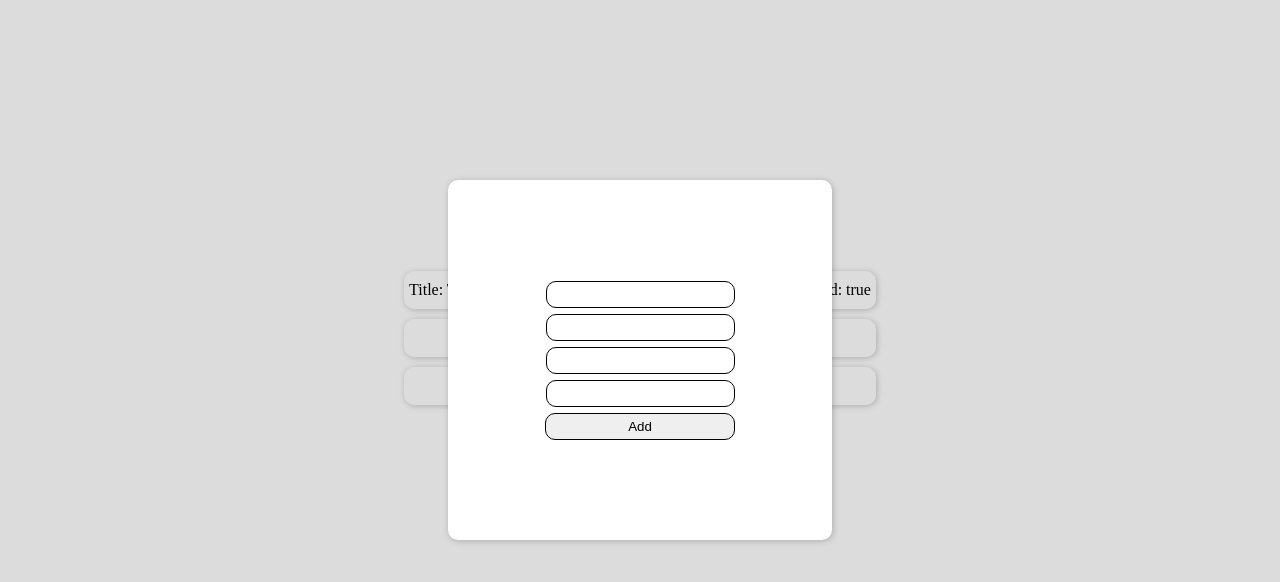
Repository: kocokoy/library
Page: index.html
These files come from the project's save history. The page is drawn as it stood at one moment and after the next save; the edit follows.
The browser window is 1280 px wide. The pictures show the whole page.
After loading, the first visible `button.new-book-button` was clicked once.

Above is the page before, as saved 2024-11-06 09:50:47.

### index.html
<!DOCTYPE html>
<html lang="en">
<head>
  <meta charset="UTF-8">
  <meta name="viewport" content="width=device-width, initial-scale=1.0">
  <link rel="stylesheet" href="style.css">
  <title>Document</title>
</head>
<body>
  <div class="container">
    <div class="display-button-card">
      <div class="book-display jsBookDisplay">
      </div>
      <button class="new-book-button jsNewBookButton">New Book</button>
    </div>
    <div class=" jsAddNewBookCardHolder hide-add-new-book-card-holder">
      <div class="add-new-book-card ">
        <div>
          <input class="jsBookTitle" type="text">
          <input class="jsBookAuthor" type="text">
          <input class="jsBookPages" type="text">
          <input class="jsBookRead" type="text">
          <button class="jsAddBook">Add</button>
        </div>
      </div>
    </div>

  </div>
<script src="script.js"></script>
</body>
</html>

### style.css
body{
  width: 100%;
  height: 100vh;
  padding: 0;
  margin: 0;
}
.container{
  display: flex;
  flex-direction: column;
  justify-content: center;
  align-items: center;
  height: 100%;
  width: 100%;
}
.display-button-card{
  display: flex;
  flex-direction: column;
  justify-content: center;
  align-items: center;
}
.book-display{
  display: flex;
  flex-direction: column;
  justify-content: center;
  align-items: center;
}
.book-card{
  box-shadow: 1px 1px 6px  rgba(0, 0, 0, 0.219);
  padding: 10px 0px;
  border-radius: 10px;
  display: flex;
  flex-direction: row;
  justify-content: center;
  align-items: center;
  margin: 5px;
  width: 100%;
}

.new-book-button{
  padding: 10px;
  margin: 5px;
  border-radius: 10px;
  border: none;
  box-shadow: 1px 1px 6px  rgba(0, 0, 0, 0.219);
  width: 19%;
  cursor: pointer;
}

/* add book card */

.hide-add-new-book-card-holder{
  display: none;
}

.add-new-book-card-holder{
  display: flex;
  flex-direction: column;
  align-items: center;
  justify-content: center;
  height: 100%;
  width: 100%;
  background-color: rgba(0, 0, 0, 0.137);
  position: absolute;

}
.add-new-book-card {
  background-color: white;
  box-shadow: 1px 1px 6px  rgba(0, 0, 0, 0.219);
  height: 50%;
  width: 30%;
  display: flex;
  flex-direction: column;
  align-items: center;
  justify-content: center;
  border-radius: 10px;

}

.add-new-book-card div{
  display: flex;
  flex-direction: column;
  align-items: center;
  justify-content: center;
}

input{
  padding: 5px;
  margin: 3px;
  border-radius: 10px;
  border: 1px solid black;
}

button{
  padding: 5px;
  margin: 3px;
  border-radius: 10px;
  border: 1px solid black;
  width: 97%;
}

### script.js
const bookTitleElement = document.querySelector('.jsBookTitle');
const bookAuthorElement = document.querySelector('.jsBookAuthor');
const bookPagesElement = document.querySelector('.jsBookPages');
const bookReadElement = document.querySelector('.jsBookRead');
const bookButtonElement = document.querySelector('.jsNewBookButton');
const bookDisplayElement = document.querySelector('.jsBookDisplay');
const AddNewBookCardHolderElement = document.querySelector('.jsAddNewBookCardHolder');

const myLibrary = [
  {title: 'To Kill a Mockingbird', author: 'Harper Lee', pages: 281, read: true},
  {title: '1984', author: 'George Orwell', pages: 328, read: false},
];


displayBookToLibrary();

function Book(title,author,pages,read) {
  this.title = title;
  this.author = author;
  this.pages = pages;
  this.read = read;
  this.info = function(){
    const bookObj = {
      title: this.title,
      author: this.author,
      pages: this.pages,
      read: this.read,
    }
    return bookObj;
  };
}

function addBookToLibrary() {
  const bookTitleValue = bookTitleElement.value;
  const bookAuthorValue = bookAuthorElement.value;
  const bookPagesValue = bookPagesElement.value;
  const bookReadValue = bookReadElement.value;
  bookTitleElement.value = '';
  bookAuthorElement.value = '';
  bookPagesElement.value = '';
  bookReadElement.value = '';
  const book = new Book(bookTitleValue,bookAuthorValue,bookPagesValue,bookReadValue);
  myLibrary.push(book.info());
  AddNewBookCardHolderElement.classList.add('add-new-book-card-holder');
}

function displayBookToLibrary(){

  bookDisplayElement.innerHTML = '';

  myLibrary.forEach(book => {
    const div = document.createElement('div');
    div.classList.add('book-card');
    div.innerHTML = `
      <div>Title: ${book.title}, Author: ${book.author}, ${book.pages} pages, Read: ${book.read}</div>
    `
    bookDisplayElement.appendChild(div);
    console.log(book);
  })
}

bookButtonElement.addEventListener('click', () => {
  addBookToLibrary();
  displayBookToLibrary();
})

After the next save:
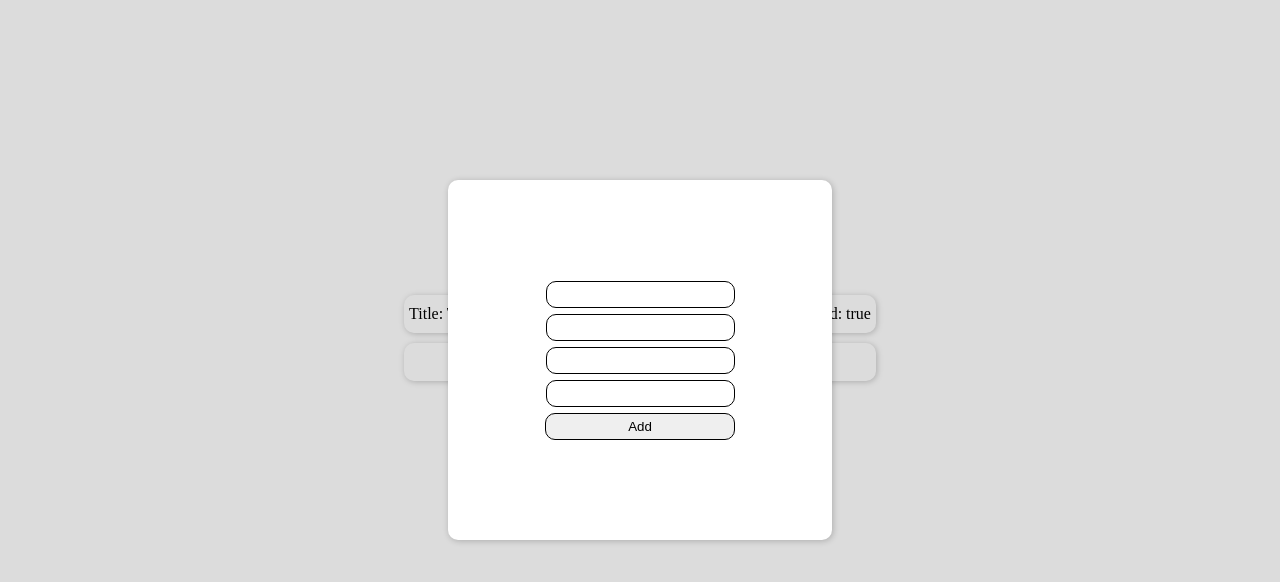
Saved 2 min 56 s later.
--- a/script.js
+++ b/script.js
@@ -4,7 +4,8 @@ const bookPagesElement = document.querySelector('.jsBookPages');
 const bookReadElement = document.querySelector('.jsBookRead');
 const bookButtonElement = document.querySelector('.jsNewBookButton');
 const bookDisplayElement = document.querySelector('.jsBookDisplay');
-const AddNewBookCardHolderElement = document.querySelector('.jsAddNewBookCardHolder');
+const addNewBookCardHolderElement = document.querySelector('.jsAddNewBookCardHolder');
+const addBookElement = document.querySelector('.jsAddBook');
 
 const myLibrary = [
   {title: 'To Kill a Mockingbird', author: 'Harper Lee', pages: 281, read: true},
@@ -41,7 +42,7 @@ function addBookToLibrary() {
   bookReadElement.value = '';
   const book = new Book(bookTitleValue,bookAuthorValue,bookPagesValue,bookReadValue);
   myLibrary.push(book.info());
-  AddNewBookCardHolderElement.classList.add('add-new-book-card-holder');
+
 }
 
 function displayBookToLibrary(){
@@ -60,6 +61,11 @@ function displayBookToLibrary(){
 }
 
 bookButtonElement.addEventListener('click', () => {
+  addNewBookCardHolderElement.classList.add('add-new-book-card-holder');
+})
+
+addBookElement.addEventListener('click', () => {
   addBookToLibrary();
   displayBookToLibrary();
+  addNewBookCardHolderElement.classList.remove('add-new-book-card-holder');
 })
